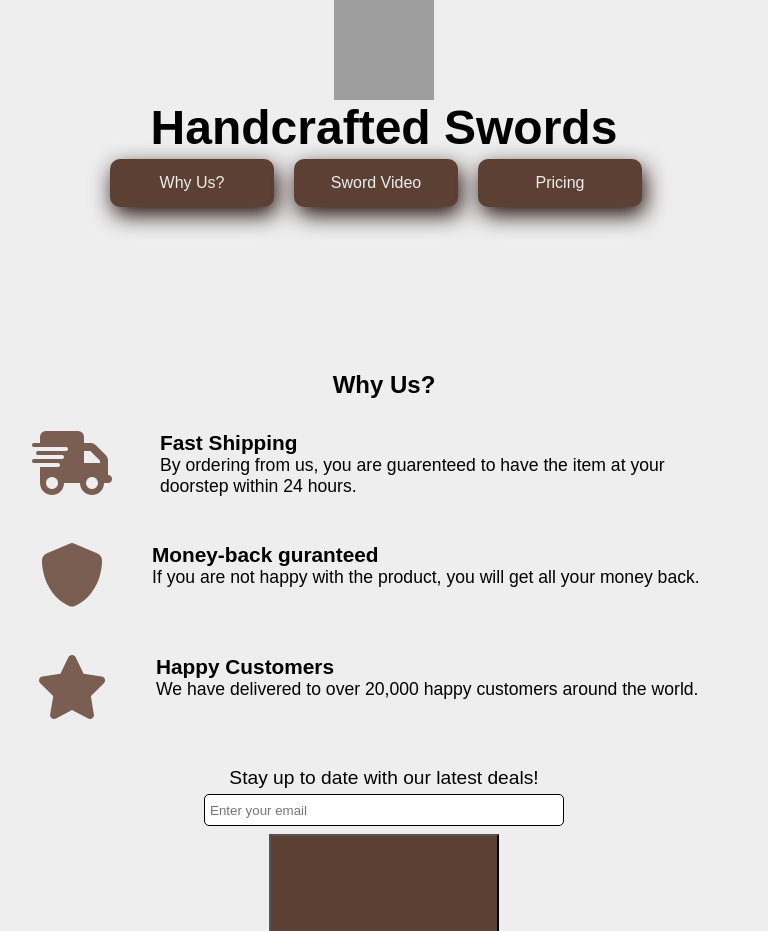
Repository: Pafestivo/Product-Landing-Page
Page: index.html
An editor plug-in stored every save of this project. The page is shown before and after the next save, followed by the edit.
The browser window is 768 px wide. The pictures show the part of the page from y = 0 to 931 px (the page is 1450 px tall before and 1296 px after).
Pictures or frames that could not be fetched are drawn as grey boxes. Some web libraries are served in a nearby version.

Above is the page before, as saved 2022-09-15 21:06:16.

After the next save:
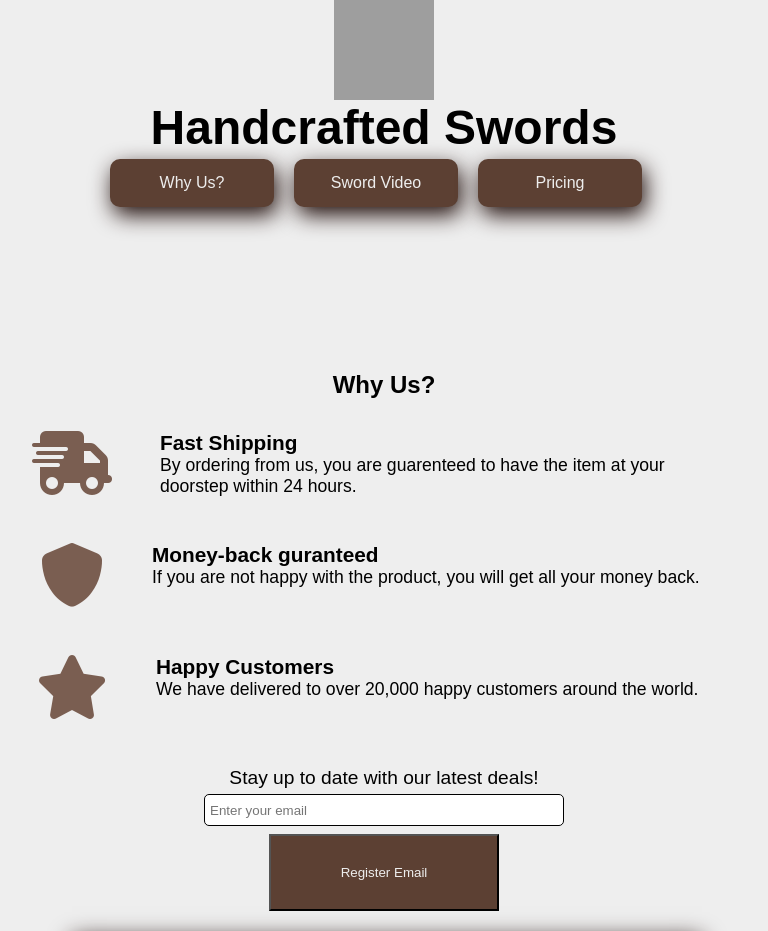
Saved 5 s later.
--- a/styles.css
+++ b/styles.css
@@ -164,7 +164,7 @@
 
   #submit {
     width: 30vw;
-    height: 30vw;
+    height: 10vw;
   }
 }
 
